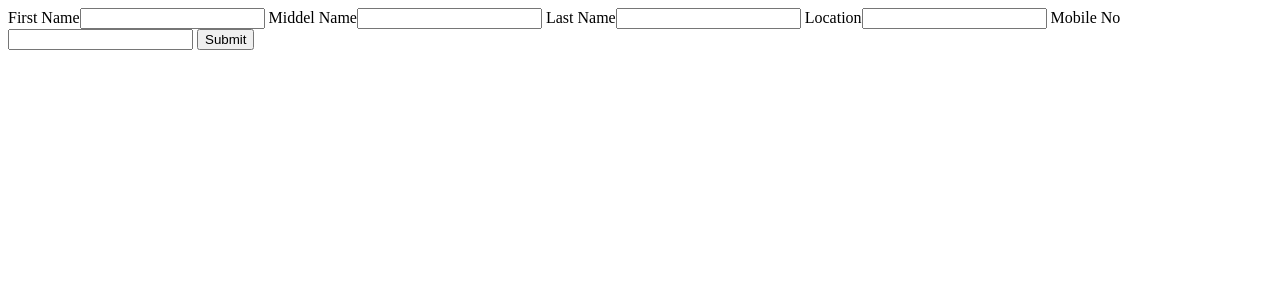
Repository: nosranijuned/WebRegister
Page: WebRegister/WebContent/index.html
An editor plug-in stored every save of this project. The page is shown before and after the next save, followed by the edit.
The browser window is 1280 px wide. The pictures show the whole page.

Above is the page before, as saved 2019-03-11 10:36:12.

### WebRegister/WebContent/index.html
<!DOCTYPE html>
<html>
<head>
<meta charset="ISO-8859-1">
<title>Insert title here</title>
<script type="text/javascript">
function GEEKFORGEEKS()
{
    var fname = document.forms["RegForm"]["fname"];
    var mname = document.forms["RegForm"]["mname"];
    var lname = document.forms["RegForm"]["lname"];
    var location =  document.forms["RegForm"]["loc"];
    var mobile = document.forms["RegForm"]["mob"];

    if (fname.value == "")
    {
        window.alert("Please enter your first name.");
        fname.focus();
        return false;
    }

    if (mname.value == "")
    {
        window.alert("Please enter your middle name.");
        mname.focus();
        return false;
    }

    if (fname.value == "")
    {
        window.alert("Please enter your last name.");
        fname.focus();
        return false;
    }

     if (location.value == "")
    {
        window.alert("Please enter your location.");
        location.focus();
        return false;
    }

    if (mobile.value == "")
    {
        window.alert("Please enter your mobile no");
        mobile.focus();
        return flase;
    }
   return true;
}
</script>
</head>
<body>
	<form action="" onsubmit="return GEEKFORGEEKS()" method="post">
		First Name<input type="text" name="fname">
		Middel Name<input type="text" name="mname">
		Last Name<input type="text" name="lname">
		Location<input type="text" name="loc">
		Mobile No<input type="text" name="mob">
		<input type="submit" value="Submit">
	</form>
</body>
</html>

After the next save:
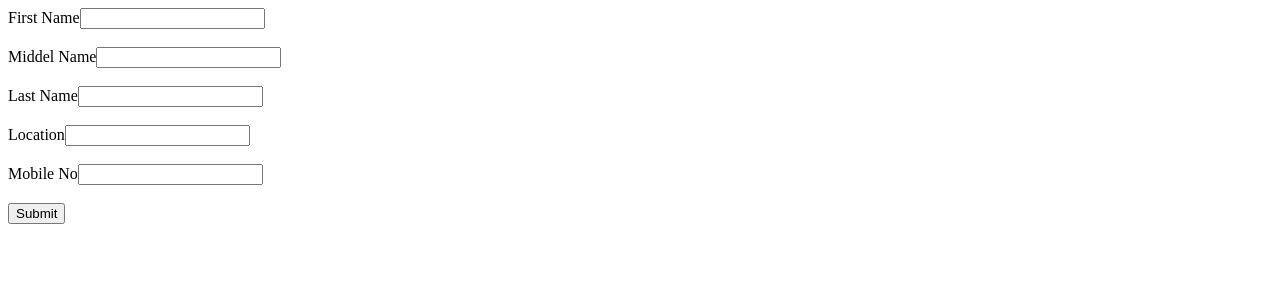
Saved 94 s later.
--- a/WebRegister/WebContent/index.html
+++ b/WebRegister/WebContent/index.html
@@ -52,11 +52,11 @@ function GEEKFORGEEKS()
 </head>
 <body>
 	<form action="" onsubmit="return GEEKFORGEEKS()" method="post">
-		First Name<input type="text" name="fname">
-		Middel Name<input type="text" name="mname">
-		Last Name<input type="text" name="lname">
-		Location<input type="text" name="loc">
-		Mobile No<input type="text" name="mob">
+		First Name<input type="text" name="fname"><br><br>
+		Middel Name<input type="text" name="mname"><br><br>
+		Last Name<input type="text" name="lname"><br><br>
+		Location<input type="text" name="loc"><br><br>
+		Mobile No<input type="text" name="mob"><br><br>
 		<input type="submit" value="Submit">
 	</form>
 </body>
